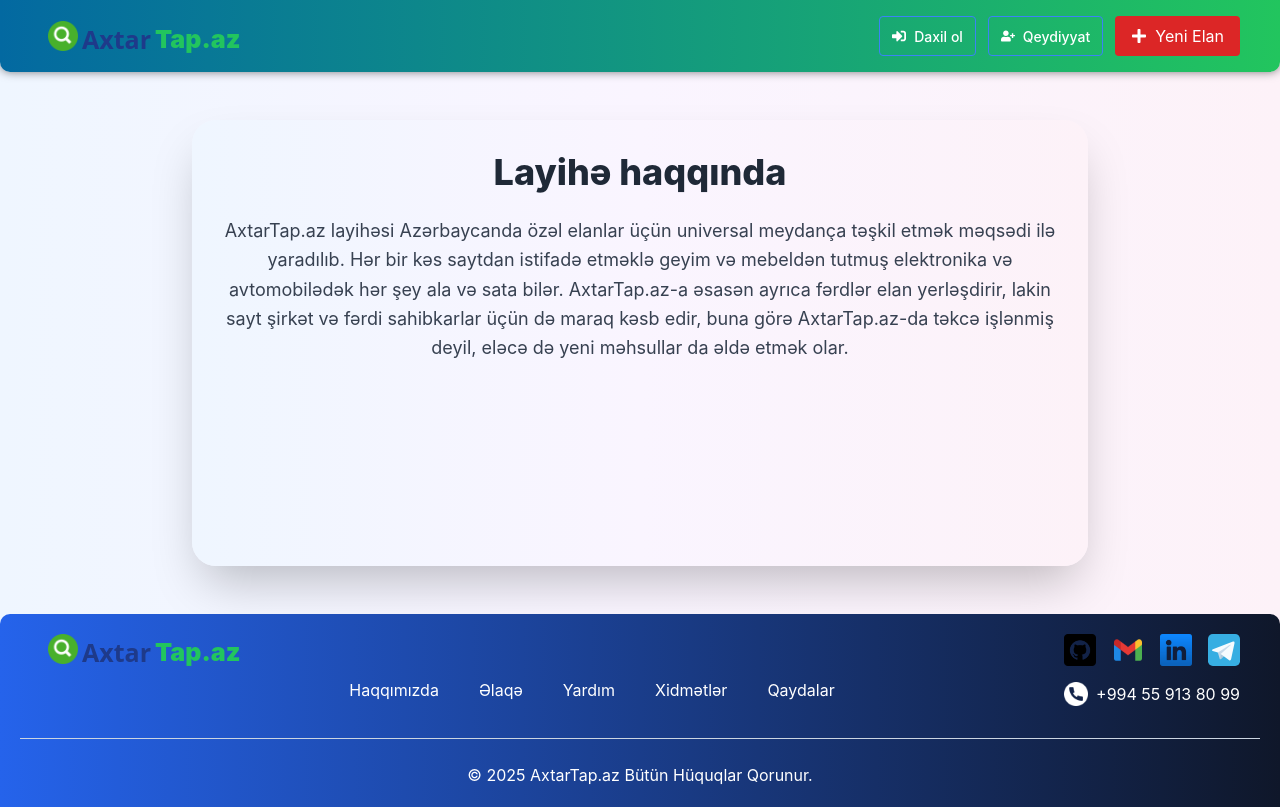
Repository: Omur56/AxtarTap.az
Page: /about
An editor plug-in stored every save of this project. The page is shown before and after a run of saves, followed by the edit.
The browser window is 1280 px wide. The pictures show the whole page.
The project was rebuilt for these pictures with package versions that can differ from the ones it lists, and the page was loaded fresh each time. Some packages were replaced by stand-ins written for this rebuild. Also part of the build but not shown: src/pages/Katalog/Cateqories/index.jsx, src/pages/Katalog/index.jsx, src/pages/Contact/index.jsx, src/pages/Qaydalar/index.jsx, src/pages/Yardım/index.jsx, src/pages/Xidmetler/index.jsx, src/pages/Home/index.jsx, src/components/CreatePostNeqliyyat/index.jsx and 32 more.

Above is the page before, as saved 2025-08-21 19:34:47.

### public/index.html
<!DOCTYPE html>
<html lang="en">
  <head>
    <meta charset="utf-8" />
    <link rel="icon" href="./assets/TitleLogoImg/titleLogoAxtar.png" />
    <meta name="viewport" content="width=device-width, initial-scale=1" />
    <meta name="theme-color" content="#449b5c" />
    <meta name="viewport" content="width=device-width, initial-scale=1, viewport-fit=cover">

    <meta
      name="description"
      content="Web site created using create-react-app"
    />
    <link rel="apple-touch-icon" href="./assets/TitleLogoImg/titleLogoAxtar.png" />
    <!--
      manifest.json provides metadata used when your web app is installed on a
      user's mobile device or desktop. See https://developers.google.com/web/fundamentals/web-app-manifest/
    -->
    <link rel="manifest" href="%PUBLIC_URL%/manifest.json" />
    <!--
      Notice the use of %PUBLIC_URL% in the tags above.
      It will be replaced with the URL of the `public` folder during the build.
      Only files inside the `public` folder can be referenced from the HTML.

      Unlike "/favicon.ico" or "favicon.ico", "%PUBLIC_URL%/favicon.ico" will
      work correctly both with client-side routing and a non-root public URL.
      Learn how to configure a non-root public URL by running `npm run build`.
    -->
    <title>AxtarTap.az</title>
  </head>
  <body>
    <noscript>You need to enable JavaScript to run this app.</noscript>
    <div id="root"></div>
    <!--
      This HTML file is a template.
      If you open it directly in the browser, you will see an empty page.

      You can add webfonts, meta tags, or analytics to this file.
      The build step will place the bundled scripts into the <body> tag.

      To begin the development, run `npm start` or `yarn start`.
      To create a production bundle, use `npm run build` or `yarn build`.
    -->
  </body>
</html>

### src/index.js
import React from 'react';
import ReactDOM from 'react-dom/client';
import App from './app/index';
import './index.css';





const root = ReactDOM.createRoot(document.getElementById('root'));
root.render(

  <React.StrictMode>

    <App />


  </React.StrictMode>

);

### src/app/index.js
import { RouterProvider } from "react-router";
import router from './routes';



function App() {
  return (

    <RouterProvider router={router} />




  );
}

export default App;

### src/index.css
@tailwind base;
@tailwind components;
@tailwind utilities;



*{
    font-family: -apple-system, BlinkMacSystemFont, "Helvetica Neue", "Segoe UI", sans-serif;
}

### src/app/routes.js
import { createBrowserRouter } from "react-router-dom";
import { BrowserRouter, Routes, Route } from "react-router-dom";
import About from "../pages/About";
import Contact from "../pages/Contact";
import Qaydalar from "../pages/Qaydalar";
import Yardim from "../pages/Yardım";
import Xidmetler from "../pages/Xidmetler";
import RootLayout from "../components/Main";
import Katalog from "../pages/Katalog";
import Home from "../pages/Home";
import Nəqliyyat from "../pages/Katalog/Neqliyyat";
import EvVəBag from "../pages/Katalog/Ev_veBag";
import Elektronika from "../pages/Katalog/Elektronika";
import Geyimlər from "../pages/Katalog/Geyimlər";
import Zinət_əşyaları from "../pages/Katalog/Zinət_əşyaları";
import Telefonlar from "../pages/Katalog/Telefonlar";
import Daşınmaz_əmlak from "../pages/Katalog/Daşınmaz_əmlak";
import Məişət_Texnikası from "../pages/Katalog/Məişət_Texnikası";
import Ehtiyyat_hissələri_ve_aksesuarlar from "../pages/Katalog/Ehtiyyat_hissələri_ve_aksesuarlar";
import PostDetail from "../pages/PostDetailHome";
import PostDetalCar from "../pages/PostDetalCar";
import CreateCatalogPost from "../pages/CreateCatalogPost";
import PostDetailElectronika from "../pages/PostDetailElectronika";
import PostDetailAcsesuar from "../pages/PostDetailAcsesuar";
import PostRealEstate from "../pages/PostRealEstate";
import PostDetailHousehold from "../pages/PostDetailHousehold";
import PostDetailPhone from "../pages/PostDetailPhone";
import PostDetailClothing from "../pages/PostDetailClothing";
import PostDetailJewelry from "../pages/PostDetailJewelry";
import PostDetailHome from "../pages/PostDetailHome";
import PrivateRoute from "../components/PrivateRoute";
import Search from "../pages/Search";
import Login from "../pages/Login";
import Reqister from "../pages/Reqister";
import Profile from "../pages/Profile";

import ResetPassword from "../pages/ResetPassword";

const router = createBrowserRouter([
  <RootLayout />,
  {
    path: "/",
    Component: RootLayout,
    children: [
      {
        index: true,
        Component: Home,
      },

      {
        path: "/",
        Component: Home,
      },
      {
        path: "/Katalog",
        Component: Katalog,

      },
      {
        path: "/CreateCatalogPost",
        Component: CreateCatalogPost,
      },
      {
        path: "/Katalog/Nəqliyyat",
        Component: Nəqliyyat,
      },
      {
        path: "/cars/:id",
        Component: PostDetalCar,

      },
      {
        path: "/Katalog/Ev_veBag",
        Component: EvVəBag,
      },

      {
        path: "/elan/:id",
        Component: PostDetail,
      },
      {
        path: "/PostDetalCar/:id",
        Component: PostDetalCar,
      },
       {
          path: "/PostDetailElectronika/:id",
          Component: PostDetailElectronika,
       },
       {
          path: "/PostDetailAcsesuar/:id",
          Component: PostDetailAcsesuar,
       },

       {path: "/PostRealEstate/:id",
       Component: PostRealEstate,

       },

       {
        path: "/PostDetailHousehold/:id",
        Component: PostDetailHousehold,
       },
       {
        path: "/PostDetailPhone/:id",
        Component: PostDetailPhone,

       },

       {
        path: "/PostDetailClothing/:id",
        Component: PostDetailClothing,
       },
       {
        path: "/PostDetailJewelry/:id",
        Component: PostDetailJewelry,
       },
       {
        path: "/PostDetailHome/:id",
        Component: PostDetailHome,
       },
      {
        path: "/Katalog/Elektronika",
        Component: Elektronika,

      },
      {
        path: "/Katalog/Geyimlər",
        Component: Geyimlər,
      },
      {
        path: "/Katalog/Zinət_əşyaları",
        Component: Zinət_əşyaları,
      },
      {
        path: "/Katalog/Telefonlar",
        Component: Telefonlar,
      },
      {
        path: "/Katalog/Daşınmaz_əmlak",
        Component: Daşınmaz_əmlak,
      },
      {
        path: "/Katalog/Məişət_Texnikası",
        Component: Məişət_Texnikası,
      },
      {
        path: "/Katalog/Ehtiyyat_hissələri_ve_aksesuarlar",
        Component: Ehtiyyat_hissələri_ve_aksesuarlar,
      },


      {
        path: "/about",
        Component: About,
      },
     {
      path: "/contact",
      Component: Contact,
     },
     {
      path: "/qaydalar",
      Component: Qaydalar,
     },

    {
      path: "/yardim",
      Component: Yardim,
    },
    {
      path: "/Xidmetler",
      Component: Xidmetler,
    },

    {
      path: "/login",
      Component: Login,
    },
    {
      path: "/reqister",
      Component: Reqister,
    },

    {
      path: "/search",
      Component: Search,
    },


{
   path: "/",
          Component: () => {
            <PrivateRoute>
              <Home />
            </PrivateRoute>
          }
},
{
   path: "/Profile",
          Component: () => {
            <PrivateRoute>
              <Profile />
            </PrivateRoute>
          }
},

{
  path: "/Profile",
  Component: Profile,
},




{
  path: "/reset-password/:token",
   Component: ResetPassword,
},



    ],
  },
]);

export default router;

### src/pages/About/index.jsx
import Katalog from "../Katalog";

const About = () => {



return( <div>



<div className="max-w-4xl mx-auto p-8 mt-12 mb-12 min-h-[62vh] bg-gradient-to-r from-blue-50 via-purple-50 to-pink-50 rounded-3xl shadow-2xl">
  <h2 className="text-4xl font-extrabold text-gray-800 mb-6 text-center">Layihə haqqında</h2>

  <p className="text-gray-700 text-lg leading-relaxed text-center">
    AxtarTap.az layihəsi Azərbaycanda özəl elanlar üçün universal meydança təşkil etmək məqsədi ilə yaradılıb.
    Hər bir kəs saytdan istifadə etməklə geyim və mebeldən tutmuş elektronika və avtomobilədək hər şey ala və sata bilər.
    AxtarTap.az-a əsasən ayrıca fərdlər elan yerləşdirir, lakin sayt şirkət və fərdi sahibkarlar üçün də maraq kəsb edir,
    buna görə AxtarTap.az-da təkcə işlənmiş deyil, eləcə də yeni məhsullar da əldə etmək olar.
  </p>


</div>



</div>
);
};
export default About;

### src/components/Main/index.jsx
import {Outlet,  useNavigate } from "react-router";
import Footer from "../Footer";
import BottomMenu from "../MobileMenu";
import Header from "../Header";



const RootLayout = () => {
  const navigate = useNavigate();

  return (
   <div className=" bg-gradient-to-r from-blue-50 via-purple-50 to-pink-50">
       <Header />

      <Outlet />
       <Footer/>
      <BottomMenu />
   </div>
  );
};

export default RootLayout;

### src/components/Footer/index.jsx
import { Link } from "react-router-dom";
import TitleLogo from "../TitleLogo";

function Footer() {
  return (
    <footer className="px-5 sm:px-5 py-5  bg-gradient-to-r from-blue-600 to-slate-900 rounded-t-[10px]">
      <div className="mx-auto max-w-[1200px] flex flex-col md:flex-row justify-between gap-2">

        <div className="flex justify-start max-h-[20px] md:justify-start">
          <div className="w-20 h-20">
            <TitleLogo />
          </div>
        </div>


        <div className="grid grid-cols-1 mt-[40px] gap-6 items-center text-white justify-center">
          <div className="flex flex-col sm:flex-row sm:gap-6 lg:gap-10 items-center">
            <Link className="hover:text-[#43D262] hover:underline" to={"/about"}>
              Haqqımızda
            </Link>
            <Link className="hover:text-[#43D262] hover:underline" to={"/contact"}>
              Əlaqə
            </Link>



            <Link className="hover:text-[#43D262] hover:underline" to={"/yardim"}>
              Yardım
            </Link>
            <Link className="hover:text-[#43D262] hover:underline" to={"/Xidmetler"}>
              Xidmətlər
            </Link>
            <Link className="hover:text-[#43D262] hover:underline" to={"/Qaydalar"}>
              Qaydalar
            </Link>
       </div>
        </div>

        <div className="flex flex-col items-center md:items-end gap-4">
          <div className="flex gap-4">
            <Link to={"https://github.com/omur56"}>
              <img
                className="w-8 h-8 sm:w-8 sm:h-8"
                src="/assets/SocialMediaIcon/github_3291695-removebg-preview.png"
                alt="Github"
              />
            </Link>
            <Link to={"https://mail.google.com/mail/?view=cm&fs=1&to=omur199624@gmail.com"}>
              <img
                className="w-8 h-8 sm:w-8 sm:h-8"
                src="/assets/SocialMediaIcon/icons8-gmail-48.png"
                alt="Gmail"
              />
            </Link>
            <Link to={"https://www.linkedin.com/in/%C3%B6m%C3%BCrxan-abdullayev-b2052a318"}>
              <img
                className="w-8 h-8 sm:w-8 sm:h-8"
                src="/assets/SocialMediaIcon/linkedin_3992606-removebg-preview.png"
                alt="Linkedin"
              />
            </Link>
            <Link to={"https://t.me/omurxan1"}>
              <img
                className="w-8 h-8 sm:w-8 sm:h-8"
                src="/assets/SocialMediaIcon/telegram-svgrepo-com.svg"
                alt="Telegram"
              />
            </Link>
          </div>

          <a
            className="text-white text-sm sm:text-base flex items-center gap-2 hover:underline hover:text-sky-400"
            href="tel:+994559138099"
          >
            <img
              className="w-6 h-6 sm:w-6 sm:h-6"
              src="/assets/SocialMediaIcon/telephoneicon.png"
              alt="Phone"
            />
            +994 55 913 80 99
          </a>
        </div>
      </div>

      <div className="border-t border-slate-300 mt-8"></div>

      <div className="flex justify-center mt-6">
        <p className="text-white text-center">© 2025 AxtarTap.az Bütün Hüquqlar Qorunur.</p>
      </div>
    </footer>
  );
}

export default Footer;

### src/components/MobileMenu/index.jsx
import React, { useState, useEffect } from "react";
import { Link } from "react-router-dom";
import { menuItems } from "../SideBarMenu/data";

const BottomMenu = () => {
  const [showNavbar, setShowNavbar] = useState(true);
  const [lastScrollY, setLastScrollY] = useState(0);

  useEffect(() => {
    const handleScroll = () => {
      const currentScrollY = window.scrollY;

      if (currentScrollY > lastScrollY) {
        // Aşağı scroll → gizlət
        setShowNavbar(false);
      } else {
        // Yuxarı scroll → göstər
        setShowNavbar(true);
      }

      setLastScrollY(currentScrollY);
    };

    window.addEventListener("scroll", handleScroll);
    return () => window.removeEventListener("scroll", handleScroll);
  }, [lastScrollY]);

  return (
    <div
      className={`md:hidden fixed bottom-0 left-0 w-full rounded-t-[10px] bg-white text-gray-500 flex justify-around items-center py-4 z-50 shadow-lg border-t border-gray-300 transition-transform duration-300 ${
        showNavbar ? "translate-y-0" : "translate-y-full"
      }`}
    >
      {menuItems.slice(0, 5).map((item) => (
        <Link
          key={item.id}
          to={item.url}
          className="flex flex-col items-center text-xs hover:text-[#01D063] transition-colors"
        >
          <div className="text-[25px]">{item.icon}</div>
          <span className="text-[10px]">{item.text}</span>
        </Link>
      ))}
    </div>
  );
};

export default BottomMenu;

### src/components/Header/index.jsx




import { useState } from "react";
import { useNavigate } from "react-router";
import TitleLogo from "../TitleLogo";
import { FaSignInAlt, FaUserPlus, FaPlus, FaUser, FaSignOutAlt } from "react-icons/fa";
import { Link } from "react-router-dom";
function Header() {
  const navigate = useNavigate();
  const [isLoggedIn, setIsLoggedIn] = useState(false);

  const handleLogin = () => {
    // login prosesiniz bitdikdən sonra
    setIsLoggedIn(true);
    navigate("/"); // login olduqda əsas səhifəyə yönləndirmək
  };

  const handleLogout = () => {
    setIsLoggedIn(false);
    navigate("/"); // logout olduqda əsas səhifəyə yönləndirmək
  };

  return (
    <header className="header bg-gradient-to-r from-sky-700 to-green-500 mx-auto my-auto shadow-[0px_0px_10px_0px_rgba(0,0,0,0.5)] rounded-b-[10px]">
      <div className="flex justify-between items-center py-4 mx-auto my-auto max-w-[1200px]">
        <TitleLogo />

        <div className="flex gap-3">
          {!isLoggedIn && (
            <>
              <button
                className="flex hidden md:flex transform ease-in-out duration-500 items-center text-[14px] font-[500] gap-2 bg-transparent border border-blue-500 text-white hover:text-white px-3 py-1 rounded-[4px] hover:bg-blue-500"
                onClick={() => navigate("/login")}
              >
                <FaSignInAlt /> Daxil ol
              </button>
              <button
                className="flex hidden md:flex transform ease-in-out duration-500 items-center text-[14px] font-[500] gap-2 bg-transparent border border-blue-500 text-white hover:text-white px-3 py-1 rounded-[4px] hover:bg-blue-500"
                onClick={() => navigate("/reqister")}
              >
                <FaUserPlus /> Qeydiyyat
              </button>
            </>
          )}

          {isLoggedIn && (
            <>
              <button
                className="flex hidden md:flex transform ease-in-out duration-500 items-center text-[14px] font-[500] gap-2 bg-transparent border border-blue-500 text-white hover:text-white px-3 py-1 rounded-[4px] hover:bg-blue-500"
                onClick={() => navigate("/profile")}
              >
                <FaUser /> Profil
              </button>
              <button
                className="flex hidden md:flex transform ease-in-out duration-500 items-center text-[14px] font-[500] gap-2 bg-red-600 text-white px-3 py-1 rounded-[4px] hover:bg-red-400"
                onClick={handleLogout}
              >
                <FaSignOutAlt /> Logout
              </button>
            </>
          )}

          <button
            className="flex hidden md:flex items-center gap-2 bg-red-600 text-white px-4 py-2 rounded-[4px] hover:bg-red-400 transition"
            onClick={() => navigate("/CreateCatalogPost")}
          >
            <FaPlus /> Yeni Elan
          </button>
        </div>
      </div>
    </header>
  );
}

export default Header;

### src/components/TitleLogo/index.jsx
import { NavLink } from "react-router-dom";



function TitleLogo () {
    return <div className="title-logo p-2 w-[100px] h-[30px] flex  items-center  mb-[0px] cursor-pointer">
       <NavLink className={`w-[100px] h-[30px]`} to={"/"}><p className="flex gap-1 text-blue-900 text-[25px] font-black font-sans"><img className="w-[30px] h-[30px]" src="/assets/TitleLogoImg/axtaricon.png" alt="TezTap" />Axtar<span className="text-green-500 font-black text-[25px]">Tap.az</span></p></NavLink>

         {/* <img src="/assets/TitleLogoImg/titleLogoAxtar.png" alt="TezTap" /> */}
    </div>;
}

export default TitleLogo;

### src/components/SideBarMenu/data.jsx


import {
  FaHome,
  FaUser,
  FaCog,
  FaEnvelope,
  FaThLarge,
   FaPlus,
   FaSearch,
} from "react-icons/fa";
import { MdPersonAdd } from "react-icons/md";
export const menuItems = [
  {
    id: 1,
    text: "Əsas",
    url: "/",
    icon: <FaHome />,
  },
  {
    id: 2,
    text: "Katalog",
    url: "/Katalog",
    icon: <FaThLarge />,
  },
  {
    id: 3,
    text: "Yeni Elan",
    url: "/CreateCatalogPost",
    icon:<FaPlus size={30} /> ,
  },
  {
    id: 4,
    text: "Profil",
    url: "/Login",
    icon: <FaUser />,
  },
  {
    id: 5,
    text: "Axtarış",
    url: "/search",
    icon: <FaSearch  />,
  },
  {
    id: 6,
    text: "Əlaqə",
    url: "/contact",
    icon: <FaEnvelope />,
  },

  {
    id: 7,
    text: "Settings",
    url: "/settings",
    icon: <FaCog />,

  },
    // {
  //   id: 5,
  //   text: "Haqqımızda",
  //   url: "/about",
  //   icon: <FaInfoCircle />,
  // },
];

### tailwind.config.js
/** @type {import('tailwindcss').Config} */
module.exports = {
  content: ["./src/**/*.{js,jsx,ts,tsx}"],
  theme: {
    extend: {
      screens: {
       'tiny': { 'min': '100px', 'max': '500px' }, // 100–500px arası ekran
      'sm': '640px',
      'md': '768px',
      'lg': '1024px',
      'xl': '1280px',
      '2xl': '1536px',
      },
      keyframes: {
        shimmer: {
          '0%': { backgroundPosition: '-450px 0' },
          '100%': { backgroundPosition: '450px 0' },
        },
      },
      animation: {
        shimmer: 'shimmer 1.5s infinite linear',
      },
      backgroundSize: {
        'shimmer': '900px 100%',
      },
    },
  },
  plugins: [],
}

After the next 2 saves:
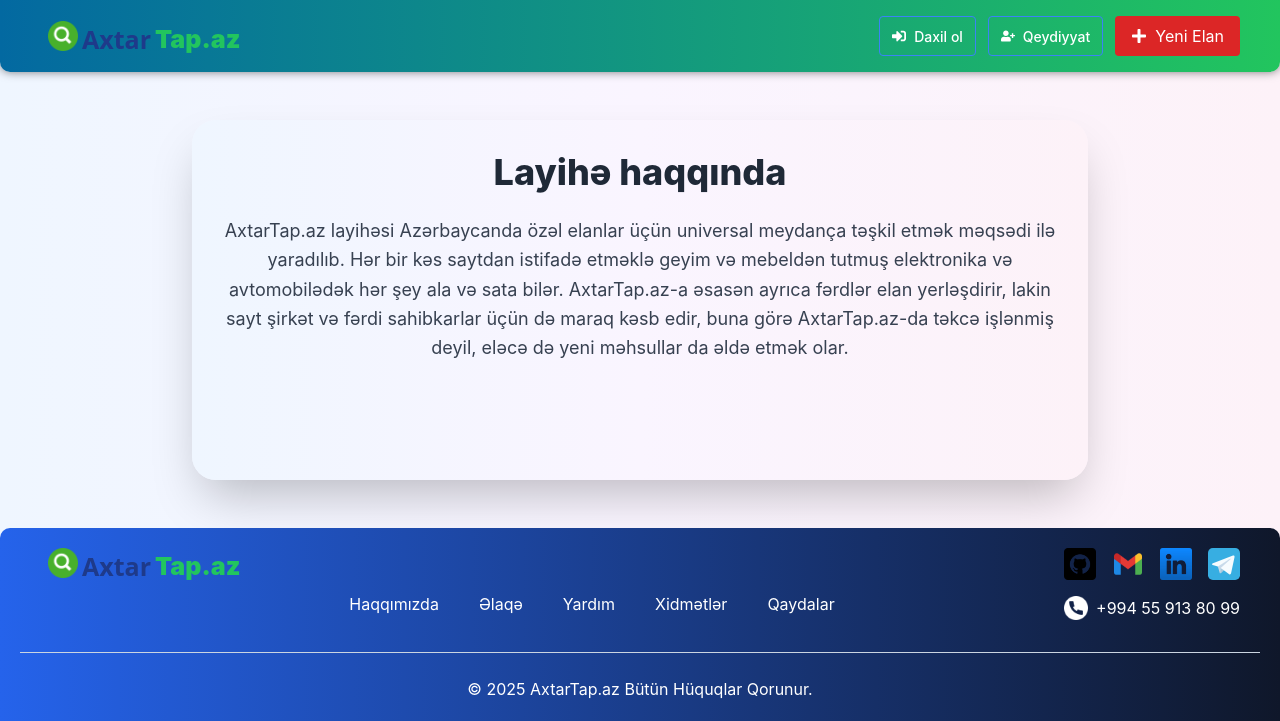
The 2 saves are shown as one change because they came seconds apart.
The last was saved 57 s later.
--- a/src/pages/About/index.jsx
+++ b/src/pages/About/index.jsx
@@ -8,7 +8,7 @@ return( <div>
 
 
 
-<div className="max-w-4xl mx-auto p-8 mt-12 mb-12 min-h-[62vh] bg-gradient-to-r from-blue-50 via-purple-50 to-pink-50 rounded-3xl shadow-2xl">
+<div className="max-w-4xl mx-auto p-8 mt-12 mb-12 min-h-[50vh] bg-gradient-to-r from-blue-50 via-purple-50 to-pink-50 rounded-3xl shadow-2xl">
   <h2 className="text-4xl font-extrabold text-gray-800 mb-6 text-center">Layihə haqqında</h2>
 
   <p className="text-gray-700 text-lg leading-relaxed text-center">
